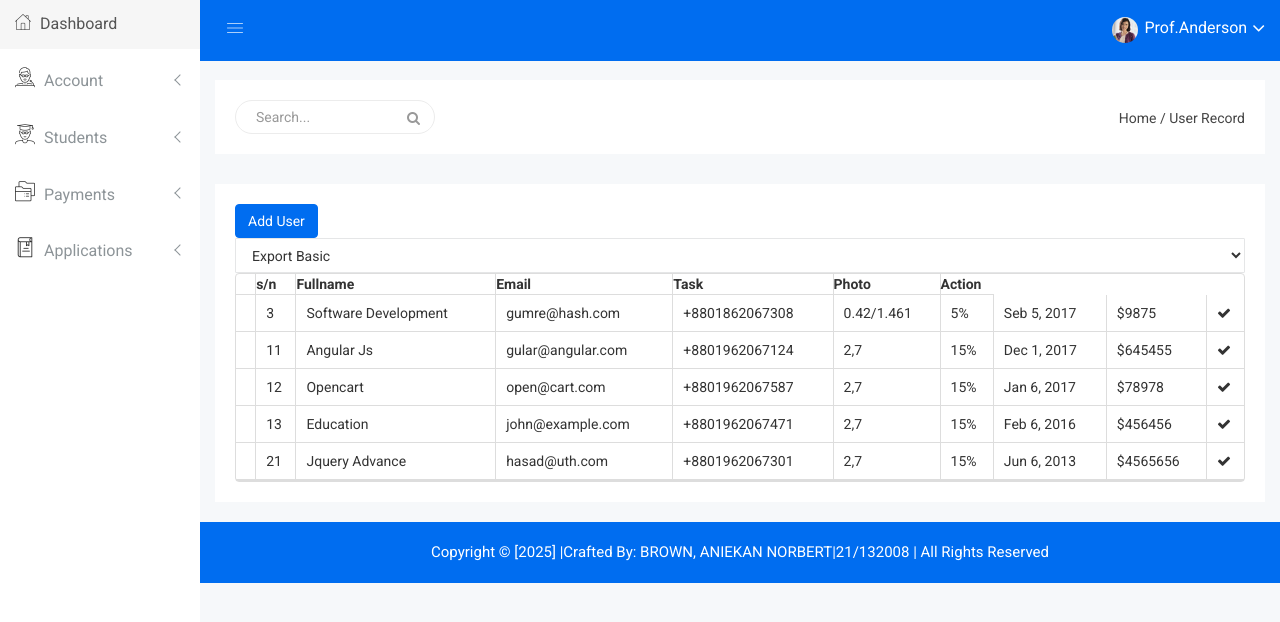
Repository: walterjnr1/crowdfunding-system
Page: http://localhost/Admin/user_record.php
An editor plug-in stored every save of this project. The page is shown before and after the next save, followed by the edit.
The browser window is 1280 px wide. The pictures show the whole page.
The page is run by PHP 8.4 with error messages shown; the project is at /var/www/html/.

Above is the page before, as saved 2025-02-20 11:27:09.
Console error (its wording comes from the project's code and is left out).

After the next save:
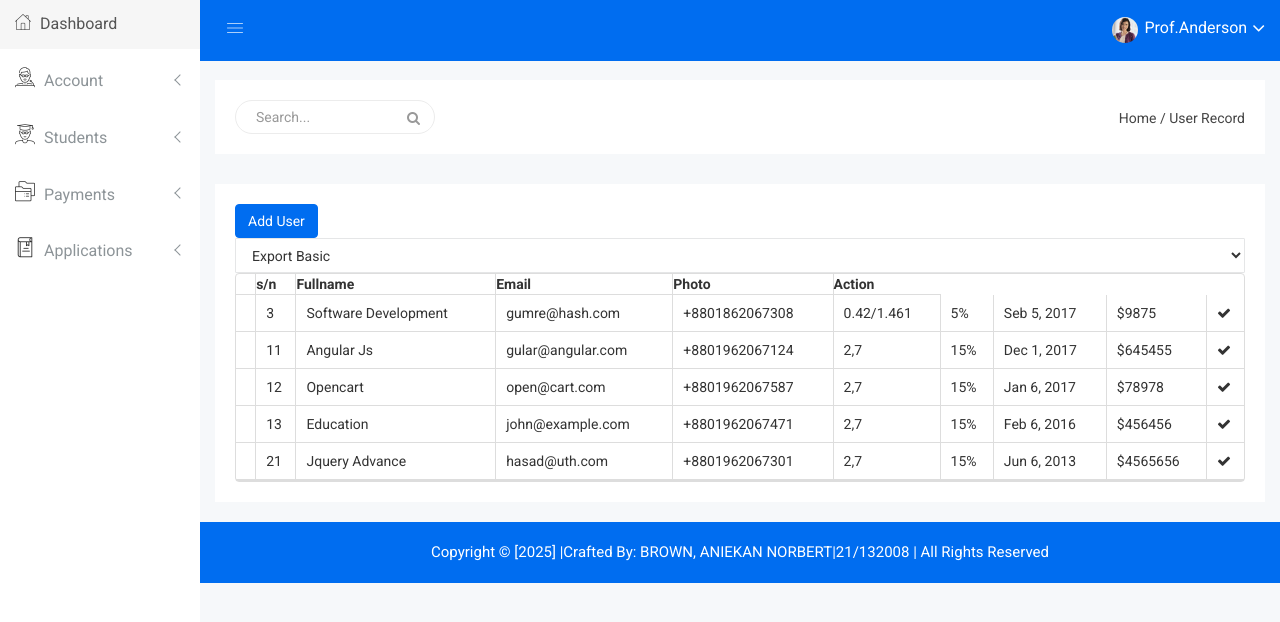
Saved 5 s later.
--- a/Admin/user_record.php
+++ b/Admin/user_record.php
@@ -118,7 +118,6 @@
                                                 <th data-field="id">s/n</th>
                                                 <th data-field="name" data-editable="true">Fullname</th>
                                                 <th data-field="email" data-editable="true">Email</th>
-                                                <th data-field="task" data-editable="true">Task</th>
                                                 <th data-field="date" data-editable="true">Photo</th>
                                                 <th data-field="action">Action</th>
                                             </tr>
